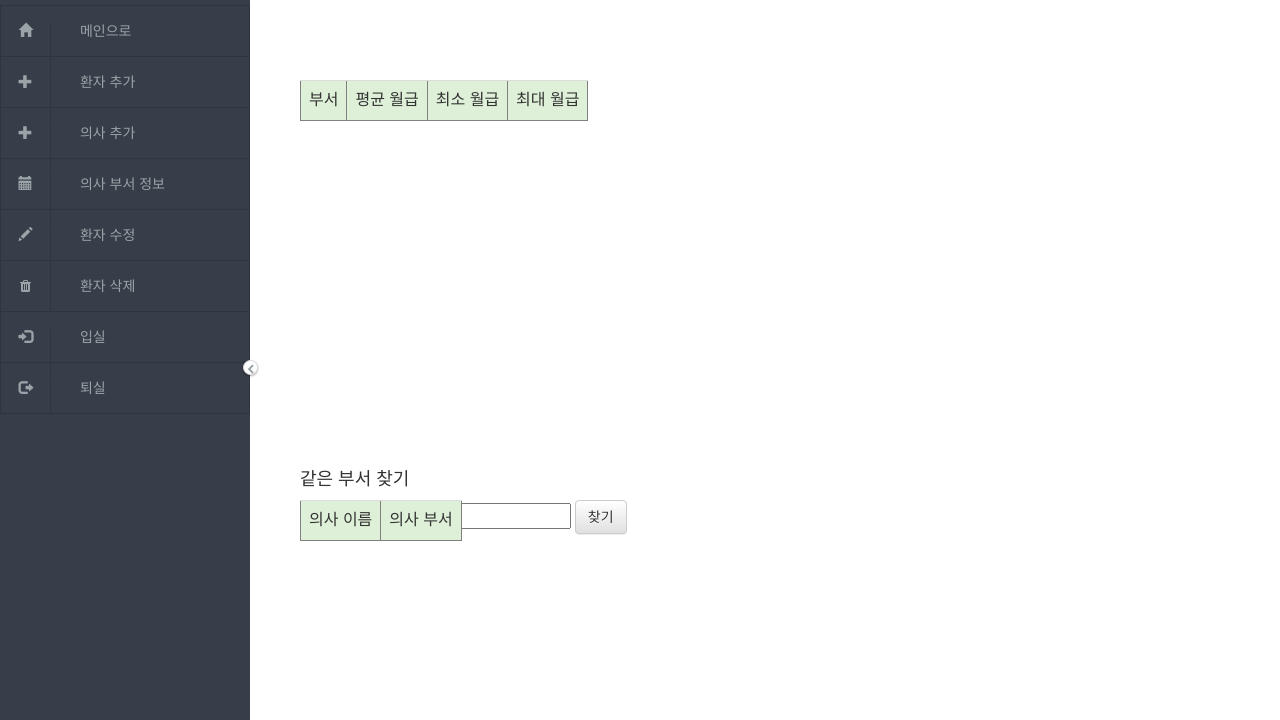
Repository: qaws1134/Hospital_manager
Page: http://localhost/project/D_clsif.jsp
These files come from the project's save history. The page is drawn as it stood at one moment and after the next save; the edit follows.
The browser window is 1280 px wide. The pictures show the whole page.
Some web libraries are served in a nearby version. The page is served by Tomcat 9. Other server files are loaded and not shown. The template is opened directly, without the code that normally fills it, so the values that code supplies are empty.

Above is the page before, as saved 2017-12-10 10:30:12.
Console error (its wording comes from the project's code and is left out).

### project/WebContent/D_clsif.jsp
<%@ page language="java" contentType="text/html; charset=UTF-8"
    pageEncoding="UTF-8"%>
<%@ taglib uri="http://java.sun.com/jsp/jstl/core" prefix="c" %>

<html lang="kr">
	<head>

	<meta http-equiv="Content-Type" content="text/html" charset="UTF-8">
	<title>http://www.blueb.co.kr</title>
<link rel="stylesheet" href="http://netdna.bootstrapcdn.com/font-awesome/4.3.0/css/font-awesome.min.css">
<!-- 합쳐지고 최소화된 최신 CSS -->
<link rel="stylesheet" href="https://maxcdn.bootstrapcdn.com/bootstrap/3.3.2/css/bootstrap.min.css">
<!-- 부가적인 테마 -->
<link rel="stylesheet" href="https://maxcdn.bootstrapcdn.com/bootstrap/3.3.2/css/bootstrap-theme.min.css">

<!-- 합쳐지고 최소화된 최신 자바스크립트 -->
<script src="https://maxcdn.bootstrapcdn.com/bootstrap/3.3.2/js/bootstrap.min.js"></script>

<style type="text/css">
input[type="checkbox"]#menu_state {
  display: none;
}
input[type="checkbox"]:checked ~ nav {
  width: 250px;
}
input[type="checkbox"]:checked ~ nav label[for="menu_state"] i::before {
  content: "\f053";
}
input[type="checkbox"]:checked ~ nav ul {
  width: 100%;
}
input[type="checkbox"]:checked ~ nav ul li a i {
  border-right: 1px solid #2f343e;
}
input[type="checkbox"]:checked ~ nav ul li a span {
  opacity: 1;
  transition: opacity 0.25s ease-in-out;
}
input[type="checkbox"]:checked ~ main {
  left: 250px;
}
nav {
  position: fixed;
  z-index: 9;
  top: 0;
  left: 0;
  bottom: 0;
  background: #383e49;
  color: #9aa3a8;
  width: 50px;
  font-family: 'Montserrat', sans-serif;
  font-weight: lighter;
  transition: all 0.15s ease-in-out;
}
nav label[for="menu_state"] i {
  cursor: pointer;
  position: absolute;
  top: 50%;
  right: -8px;
  box-shadow: 0 1px 3px rgba(0,0,0,0.12), 0 1px 2px rgba(0,0,0,0.24);
  background: #fff;
  font-size: 10px;
  display: flex;
  justify-content: center;
  align-items: center;
  height: 15px;
  width: 15px;
  border-radius: 50%;
  border: 1px solid #ddd;
  transition: width 0.15s ease-in-out;
  z-index: 1;
}
nav label[for="menu_state"] i::before {
  margin-top: 2px;
  content: "\f054";
}
nav label[for="menu_state"] i:hover {
  box-shadow: 0 10px 20px rgba(0,0,0,0.19), 0 6px 6px rgba(0,0,0,0.23);
}
nav ul {
  overflow: hidden;
  display: block;
  width: 50px;
  list-style-type: none;
  padding: 0;
  margin: 0;
}
nav ul li {
  border: 1px solid #2f343e;
  position: relative;
}
nav ul li.unread:after {
  content: attr(data-content);
  position: absolute;
  top: 10px;
  left: 25px;
  display: flex;
  justify-content: center;
  align-items: center;
  width: 15px;
  height: 15px;
  border-radius: 50%;
  color: #fff;
  background: #ef5952;
  font-size: 8px;
}
nav ul li:not(:last-child) {
  border-bottom: none;
}
nav ul li.active a {
  background: #4c515d;
  color: #fff;
}
nav ul li a {
  position: relative;
  display: block;
  white-space: nowrap;
  text-decoration: none;
  color: #9aa3a8;
  height: 50px;
  width: 100%;
  transition: all 0.15s ease-in-out;
}
nav ul li a:hover {
  background: #4c515d;
  color: #fff;
}
nav ul li a * {
  height: 100%;
  display: inline-block;
}
nav ul li a i {
  text-align: center;
  width: 50px;
  z-index: 999999;
}
nav ul li a i.fa {
  line-height: 50px;
}
nav ul li a span {
  padding-left: 25px;
  opacity: 0;
  line-height: 50px;
  transition: opacity 0.1s ease-in-out;
}

</style>
</head>

<body>
<input type="checkbox" id="menu_state" checked>
<nav>
	<label for="menu_state"><i class="fa"></i></label>
	<ul>
    <li>
      <a href="main.do">
        <i class="glyphicon glyphicon-home"></i>
        <span>메인으로</span>   <!--환자 대기 목록,병실 목록 및 현황-->
      </a>
    </li>
		<li>
			<a href="P_addui.do">
				<i class="glyphicon glyphicon-plus"></i>
				<span>환자 추가</span>
			</a>
		</li>
		<li>
			<a href="D_addui.do">
				<i class="glyphicon glyphicon-plus"></i>
				<span>의사 추가</span>
			</a>
		</li>

		<li>
			<a href="D_clsif.do">
				<i class="glyphicon glyphicon-calendar"></i>
				<span>의사 부서 정보</span>
			</a>
		</li>

		<li>
			<a href="cristal.do">
				<i class="glyphicon glyphicon-pencil"></i>
				<span>환자 수정</span>
			</a>
		</li>
		<li>
			<a href="delsel.do">
				<i class="fa fa-trash"></i>
				<span>환자 삭제</span>
			</a>
		</li>
      <li>
      <a href="insel.do">
        <i class="glyphicon glyphicon-log-in"></i>
        <span>입실</span>
      </a>
    </li>
        <li>
      <a href="javascript:void(0)">
        <i class="glyphicon glyphicon-log-out"></i>
        <span>퇴실</span>
      </a>
    </li>
	</ul>
</nav>

<section style="position:absolute; top:80px;left:300px">
      <table border="1" class="table table-striped">
      	<tr class="success">
      		<td>부서</td>
      		<td>평균 월급</td>
      		<td>최소 월급</td>
      		<td>최대 월급</td>
      	</tr>
      	<c:forEach items="${D_clsif}" var="dto">
	      	<tr>
	      		<td>${dto.d_CLS}</td>
	      		<td>${dto.AVGCOST}</td>
	      		<td>${dto.MAXCOST}</td>
	      		<td>${dto.MINCOST}</td>
	      	</tr>
		</c:forEach>

      </table>
</section>

<section style="position:absolute; top:460px;left:300px">
<h4>같은 부서 찾기</h4>
<form action="D_search.do">
	<select name ="searchName"size ="1">
		<option value="d_name">의사 이름</option>
	</select>
	<input type="text" name="searchValue"  >
	<input type="submit"  value="찾기" class="btn btn-default">
</form>
</section>

<section style="position:absolute; top:500px;left:300px">
      <table border="1" class="table table-striped">
      	<tr class="success">
      		<td>의사 이름</td>
      		<td>의사 부서</td>
      	</tr>
      	<c:forEach items="${D_search}" var="dto">
	      	<tr>
	      		<td>${dto.d_NAME}</td>
	      		<td>${dto.d_CLS}</td>
	      	</tr>
		</c:forEach>

      </table>
</section>


<!-- 내과 부서에 속해있는 의사가 담당하는 병실들 -->

<!-- 내과
<section style="position:absolute; top:380px;left:300px">
      <table border="1">

      	<tr>
      		<td>의사</td>
      		<td>병실</td>
      	</tr>
      	<c:forEach items="${D_clshnea}" var="dto">
	      	<tr>
	      		<td>${dto.d_NUM}</td>
	      		<td>${dto.h_NUM}</td>
	      	</tr>
		</c:forEach>
      </table>
</section>
<!-- 외과
<section style="position:absolute; top:380px;left:500px">
      <table border="1">

      	<tr>
      		<td>의사</td>
      		<td>병실</td>
      	</tr>
      	<c:forEach items="${D_clshwhy}" var="dto">
	      	<tr>
	      		<td>${dto.d_NUM}</td>
	      		<td>${dto.h_NUM}</td>
	      	</tr>
		</c:forEach>
      </table>
</section>
<!-- 안과
<section style="position:absolute; top:380px;left:700px">
      <table border="1">

      	<tr>
      		<td>의사</td>
      		<td>병실</td>
      	</tr>
      	<c:forEach items="${D_clseye}" var="dto">
	      	<tr>
	      		<td>${dto.d_NUM}</td>
	      		<td>${dto.h_NUM}</td>
	      	</tr>
		</c:forEach>
      </table>
</section>
<!-- 피부과
<section style="position:absolute; top:380px;left:900px">
      <table border="1">

      	<tr>
      		<td>의사</td>
      		<td>병실</td>
      	</tr>
      	<c:forEach items="${D_clshskn}" var="dto">
	      	<tr>
	      		<td>${dto.d_NUM}</td>
	      		<td>${dto.h_NUM}</td>
	      	</tr>
		</c:forEach>
      </table>
</section>
-->
</body>
</html>

After the next save:
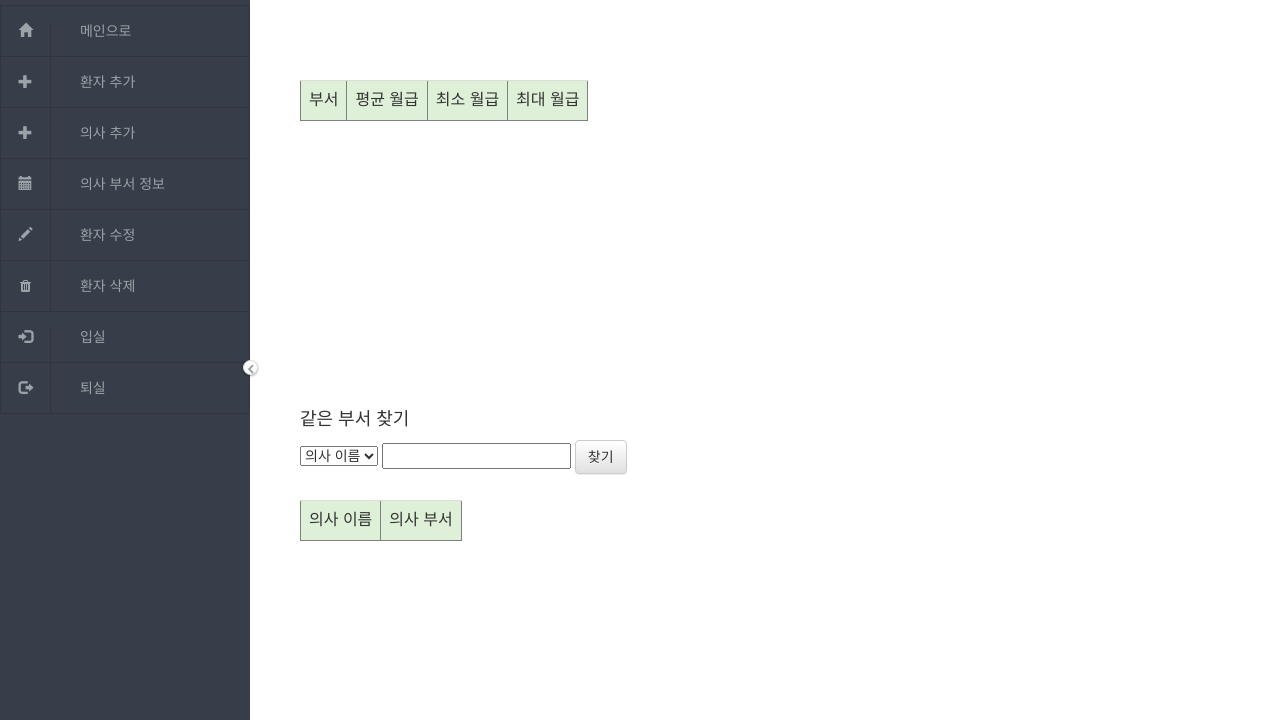
Saved 9 s later.
--- a/project/WebContent/D_clsif.jsp
+++ b/project/WebContent/D_clsif.jsp
@@ -225,7 +225,7 @@ nav ul li a span {
       </table>
 </section>
 
-<section style="position:absolute; top:460px;left:300px">
+<section style="position:absolute; top:400px;left:300px">
 <h4>같은 부서 찾기</h4>
 <form action="D_search.do">
 	<select name ="searchName"size ="1">
